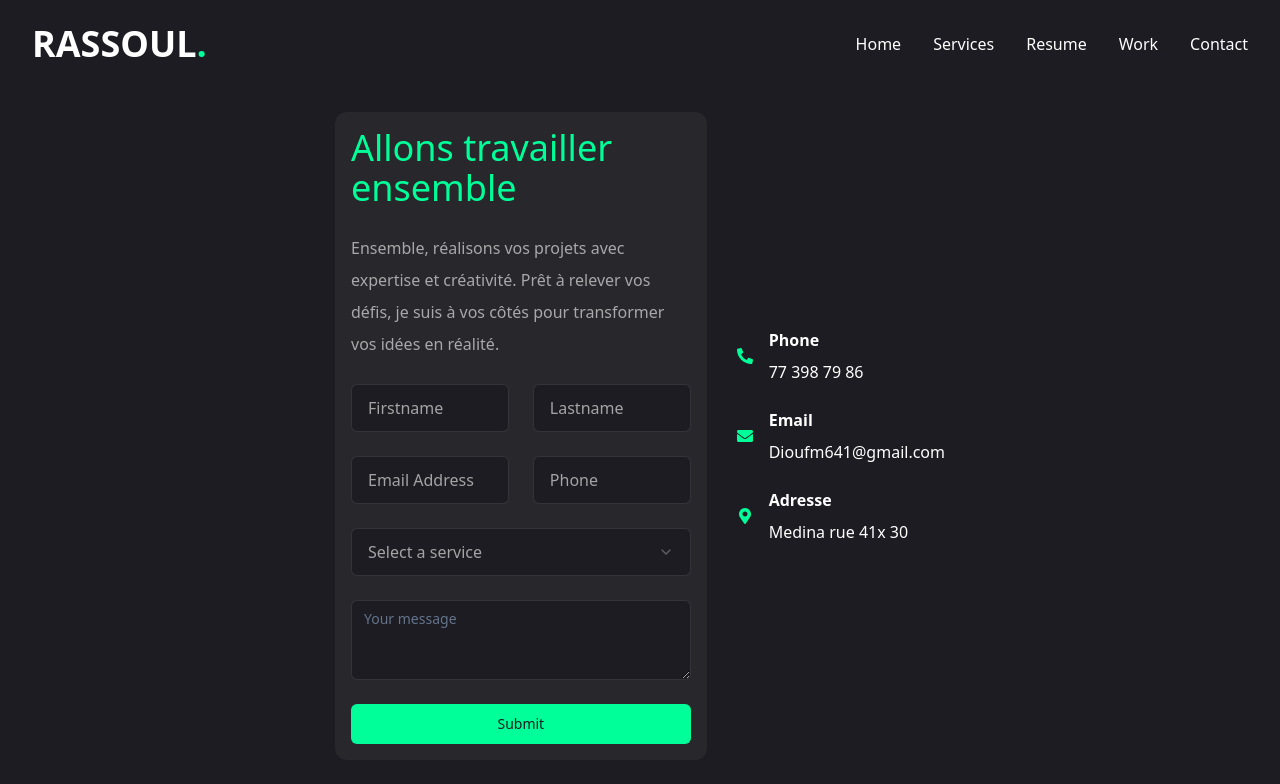
Repository: MDiouf9/portfolio2
Page: /contact
These files come from the project's save history. The page is drawn as it stood at one moment and after the next save; the edit follows.
The browser window is 1280 px wide. The pictures show the whole page.
The project was rebuilt for these pictures with package versions that can differ from the ones it lists, and the page was loaded fresh each time. The framework's server and built-in components were replaced by stand-ins that run in the browser. Also part of the build but not shown: next.config.mjs.

Above is the page before, as saved 2024-10-16 00:00:58.

### src/app/contact/page.tsx
"use client"
import { Button } from '@/components/ui/button';
import { Input } from '@/components/ui/input';
import { Textarea } from '@/components/ui/textarea';
import {
  Select,
  SelectContent,
  SelectGroup,
  SelectItem,
  SelectLabel,
  SelectTrigger,
  SelectValue
} from '@/components/ui/select';
import { FaPhoneAlt, FaEnvelope, FaMapMarkerAlt } from 'react-icons/fa';
import { motion } from 'framer-motion';

const info = [
  {
    icon: <FaPhoneAlt />,
    title: 'Phone',
    description: '77 398 79 86'
  },
  {
    icon: <FaEnvelope />,
    title: 'Email',
    description: 'Dioufm641@gmail.com'
  },
  {
    icon: <FaMapMarkerAlt />,
    title: 'Adresse',
    description: 'Medina rue 41x 30'
  }
];

const Contact = () => {
  return (
    <motion.section
      initial={{ opacity: 0 }}
      animate={{
        opacity: 1,
        transition: { delay: 2.4, duration: 0.4, ease: 'easeIn' },
      }}
      className="py-6"
    >
      <div className="container mx-auto">
        <div className="flex flex-col   xl:flex-row gap-[30px]">
          {/* Formulaire de contact */}
          <div className="  xl:h-[54%] order-2  xl:order-none ">
            <form className="flex flex-col  gap-6 p-4 bg-[#27272c] rounded-xl ">
              <h3 className="text-4xl text-accent"> Allons travailler ensemble</h3>
              <p className="text-white/60">


Ensemble, réalisons vos projets avec expertise et créativité. Prêt à relever vos défis, je suis à vos côtés pour transformer vos idées en réalité.
              </p>
              <div className="grid grid-cols-1 md:grid-cols-2 gap-6">
                <Input type="text" placeholder="Firstname" />
                <Input type="text" placeholder="Lastname" />
                <Input type="email" placeholder="Email Address" />
                <Input type="tel" placeholder="Phone" />
              </div>
              <Select>
                <SelectTrigger className="w-full">
                  <SelectValue placeholder="Select a service" />
                </SelectTrigger>
                <SelectContent>
                  <SelectGroup>
                    <SelectLabel>Select a service</SelectLabel>
                    <SelectItem value="est">Web Development</SelectItem>
                    <SelectItem value="cst">Mobile Development</SelectItem>
                  </SelectGroup>
                </SelectContent>
              </Select>
              <Textarea className='h-[200px]:' placeholder="Your message" />
              <Button>Submit</Button>
            </form>
          </div>

          {/* Section avec les informations de contact */}
          <div className="flex-1 flex items-center xl:justify-end order-1 xl:order-none mb-8 xl:mb-0">
            <div className="space-y-4 text-white">
              {info.map((item, index) => (
                <div key={index} className="flex items-center space-x-4">
                  <div className="text-accent">{item.icon}</div>
                  <div>
                    <h4 className="font-bold">{item.title}</h4>
                    <p>{item.description}</p>
                  </div>
                </div>
              ))}
            </div>
          </div>
        </div>
      </div>
    </motion.section>
  );
};

export default Contact;

### src/components/Header.tsx
import Link from 'next/link';
import { Button } from './ui/button';
import React from 'react';
import Nav from './Nav';
import MobileNav from './MobileNav';

const Header = () => {
  return (
    <header className='bg-dark py-3 xl:py-6 text-white w-full'>
      {/* Wrapper pour le contenu du header */}
      <div className='flex items-center justify-between px-4 md:px-8'>
        {/* Logo */}
        <Link href="/">
          <h1 className='text-3xl md:text-4xl font-semibold'>
            RASSOUL<span className='text-accent'>.</span>
          </h1>
        </Link>

        {/* Menu de navigation pour les grands écrans */}
        <div className="hidden xl:flex items-center gap-8">
          <Nav />
          {/* <Link href="/Contact">
            <Button>Hire Me</Button>
          </Link> */}
        </div>

        {/* Menu mobile (uniquement visible sur petits écrans) */}
        <div className='xl:hidden'>
          <MobileNav />
        </div>
      </div>
    </header>
  );
};

export default Header;

### src/components/ui/button.tsx
import * as React from "react";
import { Slot } from "@radix-ui/react-slot";
import { cva, type VariantProps } from "class-variance-authority";

import { cn } from "@/lib/utils";

// Définit les variantes directement dans l'objet variants
const buttonVariants = cva(
  "inline-flex items-center justify-center whitespace-nowrap rounded-md text-sm font-medium ring-offset-white transition-colors focus-visible:outline-none focus-visible:ring-2 focus-visible:ring-slate-950 focus-visible:ring-offset-2 disabled:pointer-events-none disabled:opacity-50 dark:ring-offset-slate-950 dark:focus-visible:ring-slate-300",
  {
    variants: {
      variant: {
        default: "bg-accent text-primary hover:bg-accent-hover",
        outline: "border border-slate-300 text-slate-700 hover:bg-accent-hover",
      },
      size: {
        default: "h-10 px-4 py-2",
        sm: "h-9 rounded-md px-3",
        lg: "h-11 rounded-md px-8",
        icon: "h-10 w-10",
      },
    },
    defaultVariants: {
      variant: "default",
      size: "default",
    },
  }
);

// Interface ButtonProps
export interface ButtonProps
  extends React.ButtonHTMLAttributes<HTMLButtonElement>,
    VariantProps<typeof buttonVariants> {
  asChild?: boolean;
}

const Button = React.forwardRef<HTMLButtonElement, ButtonProps>(
  ({ className, variant, size, asChild = false, ...props }, ref) => {
    const Comp = asChild ? Slot : "button";
    return (
      <Comp
        className={cn(buttonVariants({ variant, size, className }))}
        ref={ref}
        {...props}
      />
    );
  }
);
Button.displayName = "Button";

export { Button, buttonVariants };

### src/components/ui/input.tsx
import * as React from "react"

import { cn } from "@/lib/utils"

export interface InputProps
  extends React.InputHTMLAttributes<HTMLInputElement> {}

const Input = React.forwardRef<HTMLInputElement, InputProps>(
  ({ className, type, ...props }, ref) => {
    return (
      <input
        type={type}
        className={cn( 'flex h-[48px] rounded-md border border-white/10 focus:border-accent font-light bg-primary px-4 py-5  text-base placeholder:text-white/60 outline-none',

          className
        )}
        ref={ref}
        {...props}
      />
    )
  }
)
Input.displayName = "Input"

export { Input }

### src/components/ui/textarea.tsx
import * as React from "react"

import { cn } from "@/lib/utils"

export interface TextareaProps
  extends React.TextareaHTMLAttributes<HTMLTextAreaElement> {}

const Textarea = React.forwardRef<HTMLTextAreaElement, TextareaProps>(
  ({ className, ...props }, ref) => {
    return (
      <textarea
        className={cn(
          "flex min-h-[80px] w-full rounded-md border border-white/10 bg-primary px-3 py-2 text-sm ring-offset-white placeholder:text-slate-500 focus-visible:outline-none focus-visible:ring-2 focus-visible:ring-accent focus-visible:ring-offset-2 disabled:cursor-not-allowed disabled:opacity-50 dark:border-slate-800 dark:bg-slate-950 dark:ring-offset-slate-950 dark:placeholder:text-slate-400 dark:focus-visible:ring-slate-300",
          className
        )}
        ref={ref}
        {...props}
      />
    )
  }
)
Textarea.displayName = "Textarea"

export { Textarea }

### src/components/ui/select.tsx
"use client"

import * as React from "react"
import * as SelectPrimitive from "@radix-ui/react-select"
import { Check, ChevronDown, ChevronUp } from "lucide-react"

import { cn } from "@/lib/utils"

const Select = SelectPrimitive.Root

const SelectGroup = SelectPrimitive.Group

const SelectValue = SelectPrimitive.Value

const SelectTrigger = React.forwardRef<
  React.ElementRef<typeof SelectPrimitive.Trigger>,
  React.ComponentPropsWithoutRef<typeof SelectPrimitive.Trigger>
>(({ className, children, ...props }, ref) => (
  <SelectPrimitive.Trigger
    ref={ref}
    className={cn(
      "flex h-[48px] w-full items-center justify-between rounded-md border border-white/10 bg-primary px-4 py-5 text-base text-white/60 placeholder:text-white/10 focus:outline-none focus:ring-2 focus:border-accent outline-none",
      className
    )}
    {...props}
  >
    {children}
    <SelectPrimitive.Icon asChild>
      <ChevronDown className="h-4 w-4 opacity-50" />
    </SelectPrimitive.Icon>
  </SelectPrimitive.Trigger>
))
SelectTrigger.displayName = SelectPrimitive.Trigger.displayName

const SelectScrollUpButton = React.forwardRef<
  React.ElementRef<typeof SelectPrimitive.ScrollUpButton>,
  React.ComponentPropsWithoutRef<typeof SelectPrimitive.ScrollUpButton>
>(({ className, ...props }, ref) => (
  <SelectPrimitive.ScrollUpButton
    ref={ref}
    className={cn(
      "flex cursor-default items-center justify-center py-1",
      className
    )}
    {...props}
  >
    <ChevronUp className="h-4 w-4" />
  </SelectPrimitive.ScrollUpButton>
))
SelectScrollUpButton.displayName = SelectPrimitive.ScrollUpButton.displayName

const SelectScrollDownButton = React.forwardRef<
  React.ElementRef<typeof SelectPrimitive.ScrollDownButton>,
  React.ComponentPropsWithoutRef<typeof SelectPrimitive.ScrollDownButton>
>(({ className, ...props }, ref) => (
  <SelectPrimitive.ScrollDownButton
    ref={ref}
    className={cn(
      "flex cursor-default items-center justify-center py-1",
      className
    )}
    {...props}
  >
    <ChevronDown className="h-4 w-4" />
  </SelectPrimitive.ScrollDownButton>
))
SelectScrollDownButton.displayName =
  SelectPrimitive.ScrollDownButton.displayName

const SelectContent = React.forwardRef<
  React.ElementRef<typeof SelectPrimitive.Content>,
  React.ComponentPropsWithoutRef<typeof SelectPrimitive.Content>
>(({ className, children, position = "popper", ...props }, ref) => (
  <SelectPrimitive.Portal>
    <SelectPrimitive.Content
      ref={ref}
      className={cn(
        "relative z-50 max-h-96 min-w-[8rem] overflow-hidden rounded-md border border-accent bg-primary text-white/60 shadow-md data-[state=open]:animate-in data-[state=closed]:animate-out data-[state=closed]:fade-out-0 data-[state=open]:fade-in-0 data-[state=closed]:zoom-out-95 data-[state=open]:zoom-in-95 data-[side=bottom]:slide-in-from-top-2 data-[side=left]:slide-in-from-right-2 data-[side=right]:slide-in-from-left-2 data-[side=top]:slide-in-from-bottom-2 dark:border-slate-800 dark:bg-slate-950 dark:text-slate-50",
        position === "popper" &&
          "data-[side=bottom]:translate-y-1 data-[side=left]:-translate-x-1 data-[side=right]:translate-x-1 data-[side=top]:-translate-y-1",
        className
      )}
      position={position}
      {...props}
    >
      <SelectScrollUpButton />
      <SelectPrimitive.Viewport
        className={cn(
          "p-1",
          position === "popper" &&
            "h-[var(--radix-select-trigger-height)] w-full min-w-[var(--radix-select-trigger-width)]"
        )}
      >
        {children}
      </SelectPrimitive.Viewport>
      <SelectScrollDownButton />
    </SelectPrimitive.Content>
  </SelectPrimitive.Portal>
))
SelectContent.displayName = SelectPrimitive.Content.displayName

const SelectLabel = React.forwardRef<
  React.ElementRef<typeof SelectPrimitive.Label>,
  React.ComponentPropsWithoutRef<typeof SelectPrimitive.Label>
>(({ className, ...props }, ref) => (
  <SelectPrimitive.Label
    ref={ref}
    className={cn("py-1.5 pl-8 pr-2 text-sm font-semibold", className)}
    {...props}
  />
))
SelectLabel.displayName = SelectPrimitive.Label.displayName

const SelectItem = React.forwardRef<
  React.ElementRef<typeof SelectPrimitive.Item>,
  React.ComponentPropsWithoutRef<typeof SelectPrimitive.Item>
>(({ className, children, ...props }, ref) => (
  <SelectPrimitive.Item
    ref={ref}
    className={cn(
      "relative flex w-full cursor-default select-none items-center rounded-sm py-1.5 pl-8 pr-2 text-sm outline-none focus:bg-accent focus:text-slate-900 data-[disabled]:pointer-events-none data-[disabled]:opacity-50 dark:focus:bg-slate-800 dark:focus:text-accent",
      className
    )}
    {...props}
  >
    <span className="absolute left-2 flex h-3.5 w-3.5 items-center justify-center">
      <SelectPrimitive.ItemIndicator>
        <Check className="h-4 w-4" />
      </SelectPrimitive.ItemIndicator>
    </span>

    <SelectPrimitive.ItemText>{children}</SelectPrimitive.ItemText>
  </SelectPrimitive.Item>
))
SelectItem.displayName = SelectPrimitive.Item.displayName

const SelectSeparator = React.forwardRef<
  React.ElementRef<typeof SelectPrimitive.Separator>,
  React.ComponentPropsWithoutRef<typeof SelectPrimitive.Separator>
>(({ className, ...props }, ref) => (
  <SelectPrimitive.Separator
    ref={ref}
    className={cn("-mx-1 my-1 h-px bg-slate-100 dark:bg-slate-800", className)}
    {...props}
  />
))
SelectSeparator.displayName = SelectPrimitive.Separator.displayName

export {
  Select,
  SelectGroup,
  SelectValue,
  SelectTrigger,
  SelectContent,
  SelectLabel,
  SelectItem,
  SelectSeparator,
  SelectScrollUpButton,
  SelectScrollDownButton,
}

### src/components/Nav.tsx
"use client"
import React from 'react'
import Link from 'next/link'
import { usePathname } from 'next/navigation'



const links =[
        {
            name: "Home",
            path: "/",
        },
        {
            name: "Services",
            path: "/Services",
        },
        {
            name: "Resume",
            path: "/Resume",
        },
        {
            name: "work",
            path: "/Work",
        },
        {
            name: "Contact",
            path: "/Contact",
        },
    ]
 const Nav = () => {
  const  pathname = usePathname();
  return (
    <nav className=' flex gap-8'>
        {links.map((link,index) => {
            return (
                <Link href={link.path} key={index} className={`${link.path === pathname && "text-accent border-b-2 border-accent"} capitalize font-medium hover:text-accent transition-all`}>
                    {link.name}
                </Link>
            );
        })}

    </nav>
  );
}
export default Nav

### src/components/MobileNav.tsx
"use client";
import React from 'react'
import {Sheet ,  SheetContent, SheetTrigger, } from '@/components/ui/sheet'
import { usePathname } from 'next/navigation';
import Link from 'next/link';
import {CiMenuFries} from "react-icons/ci"

const links =[
  {
    name: "Home",
    path: "/",
},
{
    name: "Services",
    path: "/Services",
},
{
    name: "Resume",
    path: "/Resume",
},
{
    name: "work",
    path: "/Work",
},
{
    name: "Contact",
    path: "/Contact",
},
]

const MobileNav = () => {
  const pathname = usePathname();
  return (
    <Sheet>
<SheetTrigger className='flex justify-center items-center'>
  <CiMenuFries  className=' text-[32px] text-accent'/>
</SheetTrigger>
<SheetContent  className='flex flex-col'>

     <div className=' mt-32 mb-40 text-center txt-2xl'>
     <h1> MOUHAMED<span className='text-accent'>.</span> <em className='text-accent'>DIOUF</em></h1>

     </div>
     <nav className='flex flex-col justify-center items-center gap-8'>
{links.map((link,index)=>{
  return (
    <Link href={link.path} key={index} className={`${link.path === pathname && "text-accent border-b-2 border-accent"} capitalize font-medium hover:text-accent transition-all`}>
      {link.name}


    </Link>
  )
})

}
     </nav>
     </SheetContent>
    </Sheet>
  )
}

export default MobileNav

### src/components/ui/sheet.tsx
"use client"

import * as React from "react"
import * as SheetPrimitive from "@radix-ui/react-dialog"
import { cva, type VariantProps } from "class-variance-authority"
import {IoMdClose} from 'react-icons/io'

import { cn } from "@/lib/utils"

const Sheet = SheetPrimitive.Root

const SheetTrigger = SheetPrimitive.Trigger

const SheetClose = SheetPrimitive.Close

const SheetPortal = SheetPrimitive.Portal

const SheetOverlay = React.forwardRef<
  React.ElementRef<typeof SheetPrimitive.Overlay>,
  React.ComponentPropsWithoutRef<typeof SheetPrimitive.Overlay>
>(({ className, ...props }, ref) => (
  <SheetPrimitive.Overlay
    className={cn(
      "fixed inset-0 z-50 bg-black/80  data-[state=open]:animate-in data-[state=closed]:animate-out data-[state=closed]:fade-out-0 data-[state=open]:fade-in-0",
      className
    )}
    {...props}
    ref={ref}
  />
))
SheetOverlay.displayName = SheetPrimitive.Overlay.displayName

const sheetVariants = cva(
  "fixed z-50 gap-4 bg-primary p-6 shadow-lg transition ease-in-out data-[state=open]:animate-in data-[state=closed]:animate-out data-[state=closed]:duration-300 data-[state=open]:duration-500 dark:bg-slate-950",
  {
    variants: {
      side: {
        top: "inset-x-0 top-0 border-b data-[state=closed]:slide-out-to-top data-[state=open]:slide-in-from-top",
        bottom:
          "inset-x-0 bottom-0 border-t data-[state=closed]:slide-out-to-bottom data-[state=open]:slide-in-from-bottom",
        left: "inset-y-0 left-0 h-full w-3/4  data-[state=closed]:slide-out-to-left data-[state=open]:slide-in-from-left sm:max-w-sm",
        right:
          "inset-y-0 right-0 h-full w-3/4   data-[state=closed]:slide-out-to-right data-[state=open]:slide-in-from-right sm:max-w-sm",
      },
    },
    defaultVariants: {
      side: "right",
    },
  }
)

interface SheetContentProps
  extends React.ComponentPropsWithoutRef<typeof SheetPrimitive.Content>,
    VariantProps<typeof sheetVariants> {}

const SheetContent = React.forwardRef<
  React.ElementRef<typeof SheetPrimitive.Content>,
  SheetContentProps
>(({ side = "right", className, children, ...props }, ref) => (
  <SheetPortal>
    <SheetOverlay />
    <SheetPrimitive.Content
      ref={ref}
      className={cn(sheetVariants({ side }), className)}
      {...props}
    >
      {children}
      <SheetPrimitive.Close className="absolute right-4 top-4 rounded-sm opacity-70 ring-offset-white transition-opacity hover:opacity-100 focus:outline-none focus:ring-2 focus:ring-slate-950 focus:ring-offset-2 disabled:pointer-events-none data-[state=open]:bg-slate-100 dark:ring-offset-slate-950 dark:focus:ring-slate-300 dark:data-[state=open]:bg-slate-800">
        <IoMdClose className="text-3xl text-accent" />
        <span className="sr-only">Close</span>
      </SheetPrimitive.Close>
    </SheetPrimitive.Content>
  </SheetPortal>
))
SheetContent.displayName = SheetPrimitive.Content.displayName

const SheetHeader = ({
  className,
  ...props
}: React.HTMLAttributes<HTMLDivElement>) => (
  <div
    className={cn(
      "flex flex-col space-y-2 text-center sm:text-left",
      className
    )}
    {...props}
  />
)
SheetHeader.displayName = "SheetHeader"

const SheetFooter = ({
  className,
  ...props
}: React.HTMLAttributes<HTMLDivElement>) => (
  <div
    className={cn(
      "flex flex-col-reverse sm:flex-row sm:justify-end sm:space-x-2",
      className
    )}
    {...props}
  />
)
SheetFooter.displayName = "SheetFooter"

const SheetTitle = React.forwardRef<
  React.ElementRef<typeof SheetPrimitive.Title>,
  React.ComponentPropsWithoutRef<typeof SheetPrimitive.Title>
>(({ className, ...props }, ref) => (
  <SheetPrimitive.Title
    ref={ref}
    className={cn("text-lg font-semibold text-slate-950 dark:text-slate-50", className)}
    {...props}
  />
))
SheetTitle.displayName = SheetPrimitive.Title.displayName

const SheetDescription = React.forwardRef<
  React.ElementRef<typeof SheetPrimitive.Description>,
  React.ComponentPropsWithoutRef<typeof SheetPrimitive.Description>
>(({ className, ...props }, ref) => (
  <SheetPrimitive.Description
    ref={ref}
    className={cn("text-sm text-slate-500 dark:text-slate-400", className)}
    {...props}
  />
))
SheetDescription.displayName = SheetPrimitive.Description.displayName

export {
  Sheet,
  SheetPortal,
  SheetOverlay,
  SheetTrigger,
  SheetClose,
  SheetContent,
  SheetHeader,
  SheetFooter,
  SheetTitle,
  SheetDescription,
}

Loaded but not shown: src/app/layout.tsx (common file); src/app/globals.css (common file); src/lib/utils.ts (common file); tailwind.config.ts (common file)

After the next save:
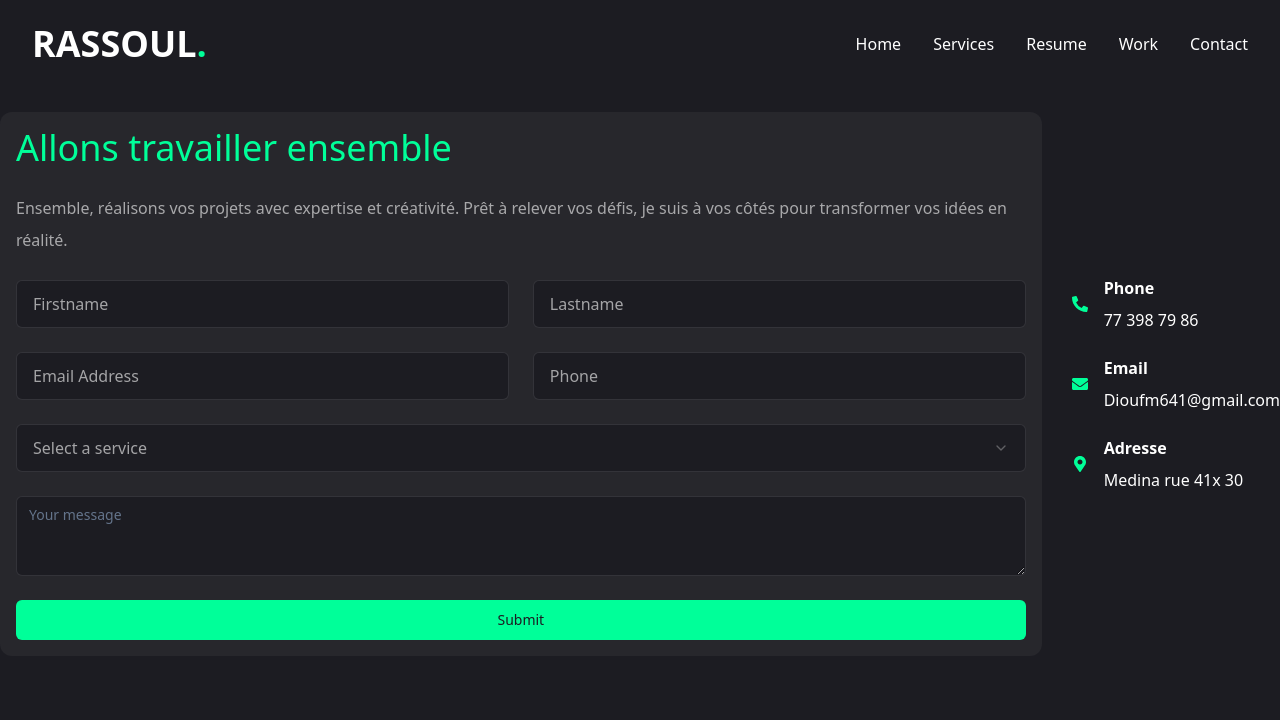
Saved 22 s later.
--- a/src/app/contact/page.tsx
+++ b/src/app/contact/page.tsx
@@ -42,7 +42,7 @@ const Contact = () => {
       }}
       className="py-6"
     >
-      <div className="container mx-auto">
+      <div className="">
         <div className="flex flex-col   xl:flex-row gap-[30px]">
           {/* Formulaire de contact */}
           <div className="  xl:h-[54%] order-2  xl:order-none ">
